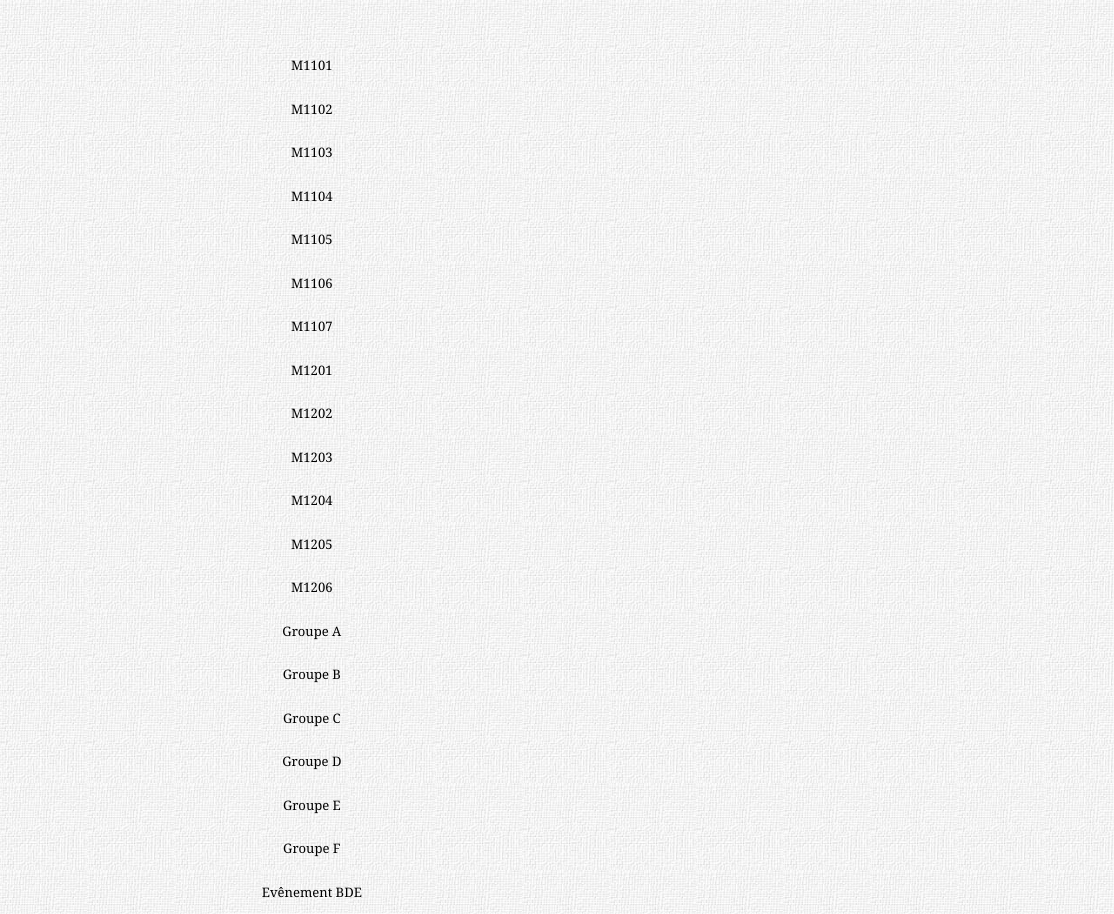
Repository: ValentinArg/PETUT
Page: http://localhost/PETUT/WEB-INF/jsp/eleve/semestre1.jsp
An editor plug-in stored every save of this project. The page is shown before and after the next save, followed by the edit.
The browser window is 1280 px wide. The pictures show the whole page, at 87% of full size.
Some web libraries are served in a nearby version. The page is served by Tomcat 9. Nobody is signed in. Other server files are loaded and not shown. The template is opened directly, without the code that normally fills it, so the values that code supplies are empty.

Above is the page before, as saved 2016-10-01 15:58:18.

### PETUT/WebContent/WEB-INF/jsp/eleve/semestre1.jsp
<%@ page language="java" contentType="text/html; charset=ISO-8859-1"
    pageEncoding="ISO-8859-1"%>
<!DOCTYPE html PUBLIC "-//W3C//DTD HTML 4.01 Transitional//EN" "http://www.w3.org/TR/html4/loose.dtd">
<html>
<head>
<meta http-equiv="Content-Type" content="text/html; charset=ISO-8859-1">
<link rel ="stylesheet" href = "/PETUT/css/main.css"/>
<link rel ="stylesheet" href = "/PETUT/css/allSemestres.css"/>
<title>Insert title here</title>
</head>
<body>
	<include page="../enTete.jsp"/>
	<div class="conteneurGeneral">
		<div class="navigation">
			<ul>
				<li class="parent" id="parent1"><p class="module">M1101</p></li>
				<li class="parent" id="parent2"><p class="module">M1102</p></li>
				<li class="parent" id="parent1"><p class="module">M1103</p></li>
				<li class="parent" id="parent2"><p class="module">M1104</p></li>
				<li class="parent" id="parent1"><p class="module">M1105</p></li>
				<li class="parent" id="parent2"><p class="module">M1106</p></li>
				<li class="parent" id="parent1"><p class="module">M1107</p></li>
				<li class="parent" id="parent2"><p class="module">M1201</p></li>
				<li class="parent" id="parent1"><p class="module">M1202</p></li>
				<li class="parent" id="parent2"><p class="module">M1203</p></li>
				<li class="parent" id="parent1"><p class="module">M1204</p></li>
				<li class="parent" id="parent2"><p class="module">M1205</p></li>
				<li class="parent" id="parent1"><p class="module">M1206</p></li>
				<li class="parent" id="parent1"><p class="module">Groupe A</p></li>
				<li class="parent" id="parent2"><p class="module">Groupe B</p></li>
				<li class="parent" id="parent1"><p class="module">Groupe C</p></li>
				<li class="parent" id="parent2"><p class="module">Groupe D</p></li>
				<li class="parent" id="parent1"><p class="module">Groupe E</p></li>
				<li class="parent" id="parent2"><p class="module">Groupe F</p></li>
				<li class="parent" id="parent1"><p class="module">Evênement BDE</p></li>

			</ul>
		</div>
	</div>

</body>
</html>

### PETUT/WebContent/css/main.css
@CHARSET "ISO-8859-1";

@CHARSET "UTF-8";
/* Général ------------------------------------------------------------------------------------- */

html {
  height: 100%;
  box-sizing: border-box;
}

*,
*:before,
*:after {
  box-sizing: inherit;
}

body {
	background-image : url(../images/fond.jpg);
	position: relative;
 	margin: 0;
  padding-bottom: 6rem;
  min-height: 100%;
}

body,p,legend, label, input {
    font: normal 8pt;
    font-family:  Georgia, serif;
}

header img {
	width:470px;
	display:inline;
}
header .logoiut{
	height:135px;
	width:215px;
}
header{

	height:135px;
	margin-left:auto;
	margin-right:auto;
	background-image : url(../images/fondbanniere.jpg);
	width:85%;
	min-width:880px;
}
nav {
	width:85%;
	min-width:880px;
	margin-left:auto;
	margin-right:auto;
	text-align:left;

}
.general{
	width:85%;
	min-width:880px;
	margin-left:auto;
	margin-right:auto;
	background-image:url(../images/fondgeneral.jpg);
	padding-top:30px;
	padding-bottom:10px;
	min-height:69vh;
	margin-bottom:-24px;
}
footer {
	width:85%;
	min-width:880px;
	margin-left:auto;
	margin-right:auto;
	font-size:80%;
	position: absolute;
  	right: 0;
  	bottom: 0;
  	left: 0;
  	padding: 1rem;
  	margin-top:0;
	background-image:url(../images/fondgeneral.jpg);
}

### PETUT/WebContent/css/allSemestres.css
.parent{

	list-style:none;
	font-size:15px;
	cursor:pointer;
	width:100%;
	display:inline-block;

}

.navigation ul{
	width:100%;
	display:inline-block;

}




ul{
	margin:0;
	padding:0;
}

.ue {

	border-top:solid 1px white;
	display:block;
	padding:10px;
	text-align:center;
	background-color:#4CAF50;
	margin:0;
}

.ue:hover{
	color:white;
}

.module p{

	border:none;
	border-bottom:solid 1px white;
	display: block;
	padding:10px;
	text-align:center;
	background-color:#333;
	margin:0;


}

.module p:hover{
	color:white;
	cursor:pointer;
}

.semestres{
	background-color:#4CAF50;

}

a{
	cursor:pointer;
}





body{

	margin:0;
	padding:0;
}



.navigation{

	display:inline-block;
	list-style : none;
	margin:0;
	padding:0;
	position: relative;
	z-index:5;
	width:20%;
	border-bottom:solid 1px white;
	text-align:center;
	height:95.5%;
	max-height:95.3%;
	overflow: auto;


}

.conteneurGeneral{
	text-align:justify;
	display:inline-block;
	height:100%;
	position:relative;
	width: 80%;
	margin:0;
	margin-left:20%;
	padding:0;
	margin-top:50px;
	vertical-align:top;

}

.selection{
	display:block;
	vertical-align:top;
	list-style : none;
	margin:0;
	background: Grey;
	z-index:5;
	height:4.7%;
	border-bottom:solid 1px white;
	text-align: center;

}



.type {
	display: inline-block;
	padding:8px;
	font-size:20px;
	height:20px;
	vertical-align:top;
	width:20%;

}

.type p {
	margin:0;
	padding:0;
	color:white;
	cursor:pointer;
}

.type:hover{
	background:#333;

}

.tableauTopic{
	text-align: center;
	position:relative;
	display:block;

}

### PETUT/WebContent/WEB-INF/jsp/enTete.jsp
<%@ page language="java" contentType="text/html; charset=ISO-8859-1"
    pageEncoding="ISO-8859-1"%>
<!DOCTYPE html PUBLIC "-//W3C//DTD HTML 4.01 Transitional//EN" "http://www.w3.org/TR/html4/loose.dtd">
<html>
<head>
	<meta http-equiv="Content-Type" content="text/html; charset=ISO-8859-1">
	<title>Insert title here</title>
	<link rel ="stylesheet" href = "/PE2I/css/main.css"/>
	<script src="https://code.jquery.com/jquery-1.12.4.js"></script>
  	<script src="https://code.jquery.com/ui/1.12.1/jquery-ui.js"></script>

</head>
<body>
	<div class=enTete>
		<p class="boutonHautBas" id="boutonHautBas">Module</p>
		<ul class="nav" id="nav">
			<c:forEach var="forum" items="${listeForum}">
				<li class=" partie"><a class="forum" id="${forum.id}"><c:out value="${forum.nom}"/></a></li>
			</c:forEach>
			<!-- <li class="partie" id="banniere"><a>PETUT</a></li>-
			<li class=" partie"><a class="forum" id="1">Cours</a></li>
			<li class="partie"><a class="forum" id="2">Travaux Dirigées</a></li>
			<li class="partie"><a class="forum" id="3">Travaux Pratiques</a></li>
			<li class="partie"><a class="forum" id="4">Partiels</a></li>
			<li class="partie"><a>Mon Compte</a></li>-->
		</ul>
	</div>

</body>
</html>

After the next save:
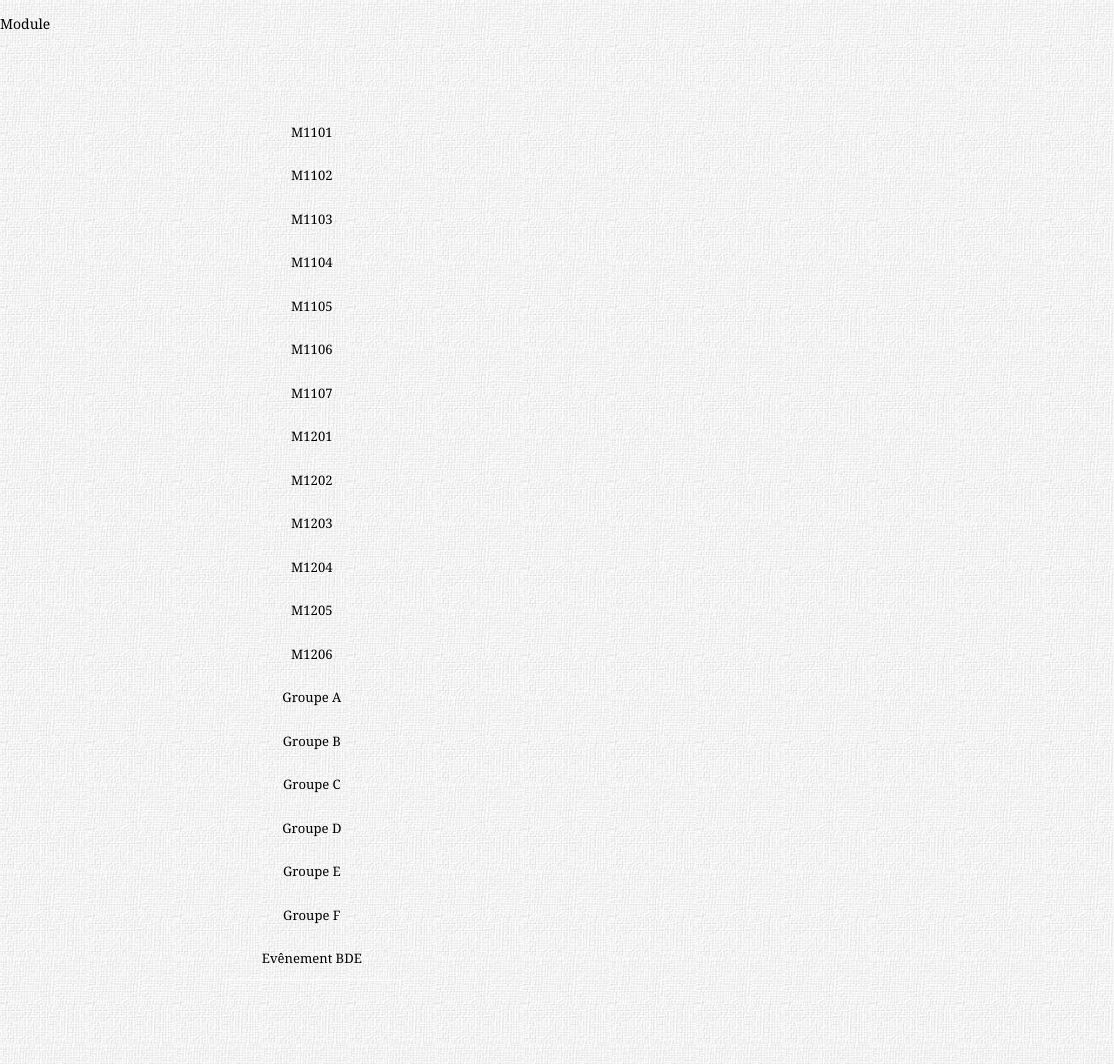
Saved 33 s later.
--- a/PETUT/WebContent/WEB-INF/jsp/eleve/semestre1.jsp
+++ b/PETUT/WebContent/WEB-INF/jsp/eleve/semestre1.jsp
@@ -9,7 +9,7 @@
 <title>Insert title here</title>
 </head>
 <body>
-	<include page="../enTete.jsp"/>
+	<jsp:include page="../enTete.jsp"/>
 	<div class="conteneurGeneral">
 		<div class="navigation">
 			<ul>
